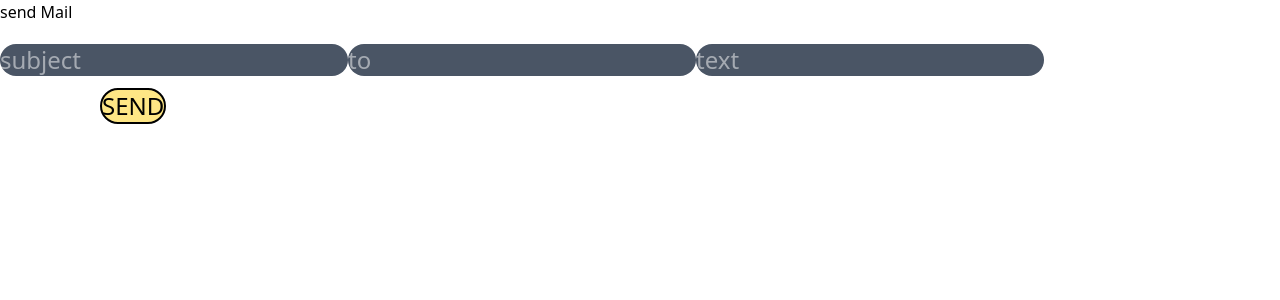
Repository: ridhukhan/sendmail
Page: / (app in Frontend/)
The author's editor kept a copy of each file at every save. The page is drawn from the files as they stood at one save, then again after the next save.
The browser window is 1280 px wide. The pictures show the whole page.
The project was rebuilt for these pictures with package versions that can differ from the ones it lists, and the page was loaded fresh each time.

Above is the page before, as saved 2026-02-10 15:04:44.

### Frontend/src/main.jsx
import { StrictMode } from 'react'
import { createRoot } from 'react-dom/client'
import './index.css'
import App from './App.jsx'
export const server="http://localhost:5000"
createRoot(document.getElementById('root')).render(
  <StrictMode>
    <App />
  </StrictMode>,
)

### Frontend/src/App.jsx
import { useState } from "react"

function App() {
const [subject,setSubject]=useState("")
const [email,setEmail]=useState("")
const [text,setText]=useState("")


  return (
    <>
    <h1>send Mail </h1>
    <form className="flex-col text-2xl align-middle justify-center">
<input type="text" name="subject" id="" placeholder='subject' className="bg-gray-600 text-white border-amber-50 rounded-2xl"/>

<input type="email" name="email" id="" placeholder='to' className="bg-gray-600 text-white border-amber-50 rounded-2xl mt-5" />

<input type="text" name="text" id="" placeholder='text' className="bg-gray-600 text-white border-amber-50 rounded-2xl mt-5"/><br />
<button className="bg-amber-200 mt-3 rounded-3xl border-2 ml-25">SEND</button>
    </form>
       </>
  )
}

export default App

Loaded but not shown: Frontend/index.html (common file); Frontend/src/index.css (common file)

After the next save:
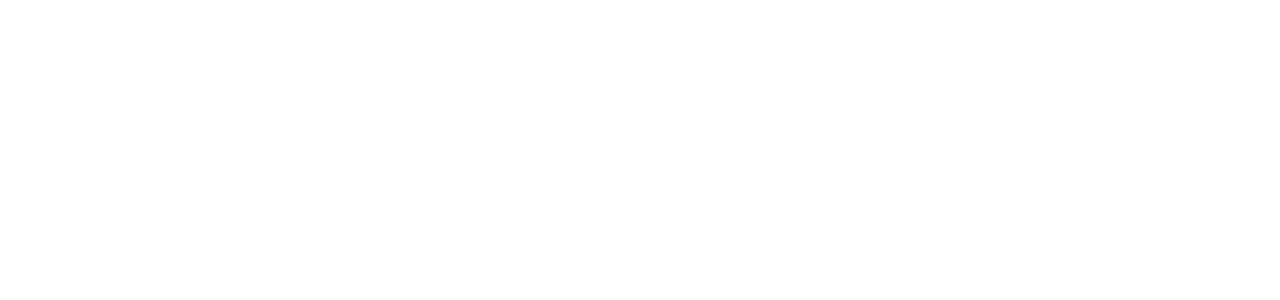
Console error: ReferenceError: handlesubmit is not defined
Saved 2 min 15 s later.
--- a/Frontend/src/App.jsx
+++ b/Frontend/src/App.jsx
@@ -4,17 +4,23 @@
 const [subject,setSubject]=useState("")
 const [email,setEmail]=useState("")
 const [text,setText]=useState("")
-
+const [loading,setLoading]=useState(false)
 
   return (
     <>
     <h1>send Mail </h1>
-    <form className="flex-col text-2xl align-middle justify-center">
-<input type="text" name="subject" id="" placeholder='subject' className="bg-gray-600 text-white border-amber-50 rounded-2xl"/>
+    <form  onSubmit={handlesubmit}   className="flex-col text-2xl align-middle justify-center">
+<input type="text"
+value={subject}
+ name="subject" id="" placeholder='subject' className="bg-gray-600 text-white border-amber-50 rounded-2xl"/>
 
-<input type="email" name="email" id="" placeholder='to' className="bg-gray-600 text-white border-amber-50 rounded-2xl mt-5" />
+<input type="email"
+value={email}
+name="email" id="" placeholder='to' className="bg-gray-600 text-white border-amber-50 rounded-2xl mt-5" />
 
-<input type="text" name="text" id="" placeholder='text' className="bg-gray-600 text-white border-amber-50 rounded-2xl mt-5"/><br />
+<input type="text"
+value={text}
+name="text" id="" placeholder='text' className="bg-gray-600 text-white border-amber-50 rounded-2xl mt-5"/><br />
 <button className="bg-amber-200 mt-3 rounded-3xl border-2 ml-25">SEND</button>
     </form>
        </>

After the save that followed:
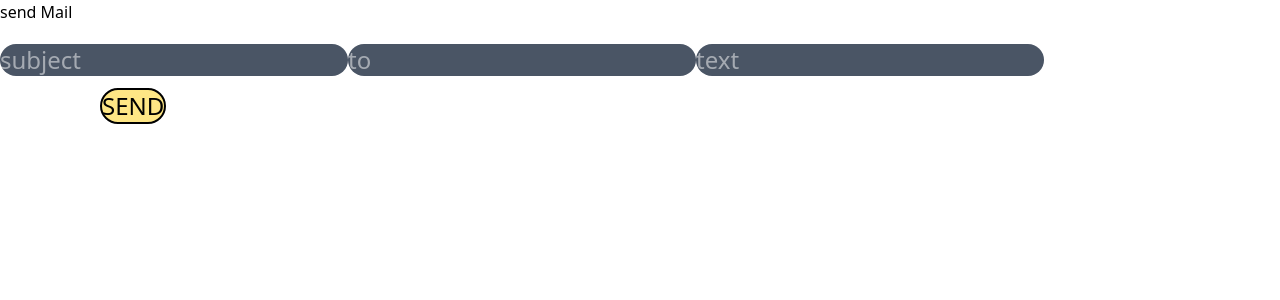
The error is gone.
Saved 91 s later.
--- a/Frontend/src/App.jsx
+++ b/Frontend/src/App.jsx
@@ -5,7 +5,10 @@
 const [email,setEmail]=useState("")
 const [text,setText]=useState("")
 const [loading,setLoading]=useState(false)
+const handlesubmit =(e)=>{
+e.preventDefault()
 
+}
   return (
     <>
     <h1>send Mail </h1>
